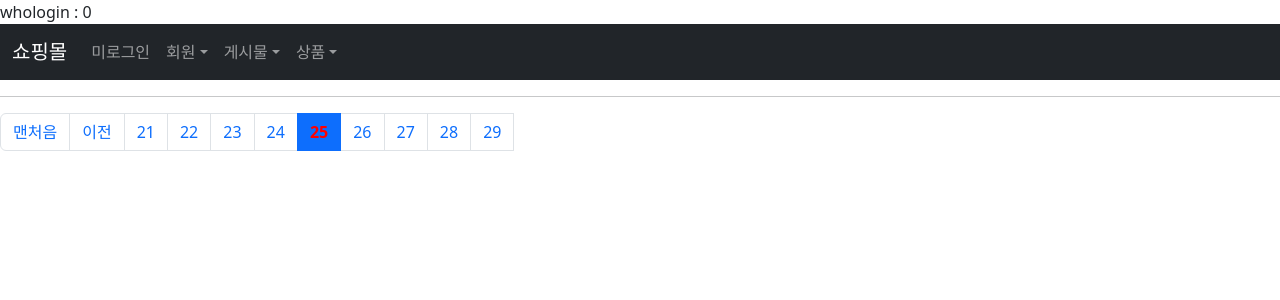
Repository: Sain-Clair/Team5
Page: http://localhost/Student/example/pageTest.jsp
These files come from the project's save history. The page is drawn as it stood at one moment and after the next save; the edit follows.
The browser window is 1280 px wide. The pictures show the whole page.
The page is served by Tomcat 9. Other server files are loaded and not shown.

Above is the page before, as saved 2023-09-06 03:00:51.

### Student/src/main/webapp/example/pageTest.jsp
<%@page import="com.shopping.utility.Paging"%>
<%@ page language="java" contentType="text/html; charset=UTF-8"
    pageEncoding="UTF-8"%>
<%@ include file="./../common/common.jsp"%>
<%@ include file="./../common/bootstrap5.jsp"%>
<%
	String _pageNumber = "25" ;
	String _pageSize = "10" ;
	int totalCount = 283 ;
	String url = "boList" ;
	String mode = "" ;
	String keyword = "" ;
	boolean isGrid = false ;

	Paging pageInfo = new Paging(_pageNumber, _pageSize, totalCount, url, mode, keyword, isGrid);

%>
<!DOCTYPE html>
<html>
<head>
<meta charset="UTF-8">
<title>Insert title here</title>
</head>
<body>
	<%-- <%=pageInfo.toString()%> --%>
	<hr/>
	<%=pageInfo.getPagingHtml()%>
</body>
</html>

<!--
totalCount=280, pageNumber=25, pageSize=10
pageCount=10

구해야 할 것
totalPage=28
beginRow=241
endRow=250
beginPage=21
endPage=28
-->

### Student/src/main/webapp/common/common.jsp
<%@page import="com.shopping.model.bean.Member"%>
<%@ page language="java" contentType="text/html; charset=UTF-8"
	pageEncoding="UTF-8"%>

<%
	// appName : 애플리케이션 이름(프로젝트 이름_Student)
	String appName = request.getContextPath();
	// in FrontController.java file
	String mappingName = "/Shopping";

	// form 태그에서 사용할 변수
	String withFormTag = appName + mappingName;

	// form 태그가 아닌 영역에서 사용할 변수 <a>
	String notWithFormTag = appName + mappingName +"?command=";

	/* out.print("프로젝트 이름 : " + appName + "<br/>") ;
	out.print("mappingName:" + mappingName +"<br/>");
	out.print("withFormTag:" + withFormTag +"<br/>");
	out.print("notWithFormTag:" + notWithFormTag +"<br/>"); */
%>

<%@page import="java.util.*"%>

<%-- jstl을 위한 태그 라이브러리 선언 --%>
<%@ taglib prefix="c" uri="http://java.sun.com/jsp/jstl/core" %>
<%@ taglib prefix="fn" uri="http://java.sun.com/jsp/jstl/functions" %>

<%-- include file="bootstrap5.jsp" --%>
<%
	// 이 코드들은 차후 삭제 예정
	/*Member mem = new Member() ;
	mem.setId("hong") ; // admin  hong
	mem.setName("홍길동") ; // 관리자  홍길동
	session.setAttribute("loginfo", mem);
	session.setAttribute("loginfo", null); // 미로그인

	// 경고성 Alert Box
	session.setAttribute("alertMessage", "아이디/비번 정보를 잘못 입력하셨습니다.");
	session.setAttribute("alertMessage", null);*/
%>

<!-- whologin 변수는 현재 로그인 상태를 알려 주는 변수입니다. -->
<!-- 미로그인(0) 일반 사용자(1) 관리자(2) -->
<c:set var="whologin" value="0"/>
<c:if test="${not empty sessionScope.loginfo}">
	<c:if test="${sessionScope.loginfo.id == 'admin'}">
		<c:set var="whologin" value="2"/>
	</c:if>
	<c:if test="${sessionScope.loginfo.id != 'admin'}">
		<c:set var="whologin" value="1"/>
	</c:if>
</c:if>
whologin : ${whologin}


<!DOCTYPE html>
<html>
<head>
	<meta charset="UTF-8">
	<title>Insert title here</title>
	<!-- 이 파일은 모든 문서에서 공용으로 참조할 파일입니다.  -->
	<!-- 자바 관련 변수 및 패키지 임포트, 네비게이션 바, jstl 등등 -->
	<!-- for sweet alert -->
	<script src="${pageContext.request.contextPath}/js/sweetalert.js"></script>
	<style>
		.alert-dismissible{margin: 10px;}
	</style>
</head>
<body>
	<nav class="navbar navbar-expand-sm bg-dark navbar-dark">
		<div class="container-fluid">
			<a class="navbar-brand" href="#">쇼핑몰</a>
			<button class="navbar-toggler" type="button"
				data-bs-toggle="collapse" data-bs-target="#collapsibleNavbar">
				<span class="navbar-toggler-icon"></span>
			</button>
			<div class="collapse navbar-collapse" id="collapsibleNavbar">
				<ul class="navbar-nav">
					<li class="nav-item">
						<c:if test="${whologin eq 0}">
							<a class="nav-link" href="#">미로그인</a>
						</c:if>
						<c:if test="${whologin ne 0}">
							<a class="nav-link" href="#">${sessionScope.loginfo.name}님</a>
						</c:if>
					</li>

					<!-- member section -->
					<li class="nav-item dropdown">
						<a class="nav-link dropdown-toggle" href="#" role="button"
							data-bs-toggle="dropdown">회원</a>
						<ul class="dropdown-menu">
							<c:if test="${whologin eq 0}"><!-- href 띄어쓰기 x -->
								<li><a class="dropdown-item" href="<%=notWithFormTag%>meInsert">회원 가입</a></li>
								<li><a class="dropdown-item" href="<%=notWithFormTag%>meLogin">로그인</a></li>
							</c:if>
							<c:if test="${whologin ne 0}">
								<li><a class="dropdown-item" href="#">정보 수정</a></li>
								<li><a class="dropdown-item" href="<%=notWithFormTag%>meLogout">로그아웃</a></li>
								<li><a class="dropdown-item" href="<%=notWithFormTag%>meDetail&id=${sessionScope.loginfo.id}">상세보기</a></li>
								<li><a class="dropdown-item" href="#">탈퇴하기</a></li>
							</c:if>
							<c:if test="${whologin eq 2}">
								<li><a class="dropdown-item" href="<%=notWithFormTag%>meList">목록 보기</a></li>
							</c:if>
						</ul>
					</li>

					<!-- board section -->
					<li class="nav-item dropdown">
						<a class="nav-link dropdown-toggle" href="#" role="button"
							data-bs-toggle="dropdown">게시물</a>
						<ul class="dropdown-menu">
							<c:if test="${whologin ne 0}">
								<li><a class="dropdown-item" href="<%=notWithFormTag%>boInsert">게시물 등록</a></li>
							</c:if>
							<li><a class="dropdown-item" href="<%=notWithFormTag%>boList">목록 보기</a></li>
						</ul>
					</li>
					<!-- product section -->
					<li class="nav-item dropdown">
						<a class="nav-link dropdown-toggle" href="#" role="button"
							data-bs-toggle="dropdown">상품</a>
						<ul class="dropdown-menu">
							<c:if test="${whologin eq 2}">
								<li><a class="dropdown-item" href="<%=notWithFormTag%>prInsert">상품 등록</a></li>
							</c:if>
							<li><a class="dropdown-item" href="<%=notWithFormTag%>prList">목록 보기</a></li>
						</ul>
					</li>

				</ul>
			</div>
		</div>
	</nav>

	<c:if test="${not empty sessionScope.alertMessage}">
		<%-- 사용자에게 주의/경고/오류 등을 알려 주기 위한 Alert Box --%>
		<div class="alert alert-danger alert-dismissible">
	    	<button type="button" class="btn-close" data-bs-dismiss="alert"></button>
	    	<strong>😂😒😂😒😂😒😂😒😂😒😂😒😂😒😂😒😂😒</strong> ${sessionScope.alertMessage}
	  	</div>
	</c:if>
	<%-- 보여준 Alert Box를 session 영역에서 제거합니다. --%>
	<c:remove var="alertMessage" scope="session"/>
</body>
</html>

### Student/src/main/webapp/common/bootstrap5.jsp
<%@ page language="java" contentType="text/html; charset=UTF-8"
    pageEncoding="UTF-8"%>
<!DOCTYPE html>
<html>
<head>
	<meta charset="UTF-8">
	<meta name="viewport" content="width=device-width, initial-scale=1">
	<title>Insert title here</title>
	<!-- 이 파일은 부트 스트랩5를 사용하기 위한 공용 파일입니다. -->
	<!-- 부트 스트랩이 제이 쿼리를 참조하므로 반드시 jquery.js 선언이 먼저 되어야 합니다. -->
	<script type="text/javascript" src="${pageContext.request.contextPath}/js/jquery.js"></script>
	<script type="text/javascript" src="${pageContext.request.contextPath}/js/bootstrap.min.js"></script>
	<link rel="stylesheet" href="${pageContext.request.contextPath}/css/bootstrap.min.css">

	<link rel="stylesheet" href="${pageContext.request.contextPath}/css/jquery-ui.css">
  	<script type="text/javascript" src="${pageContext.request.contextPath}/js/jquery-ui.js"></script>
</head>
<body>

</body>
</html>

### Student/src/main/java/com/shopping/utility/Paging.java
package com.shopping.utility;

public class Paging {
	// 페이징을 위한 클래스
	private int totalCount = 0; // 테이블에 들어 있는 총 행의 개수
	private int totalPage = 0; // 전체 페이지 수

	private int pageNumber = 0; // 현재 페이지 번호
	private int pageSize = 0; // 한 페이지에 보여줄 행의 개수
	private int beginRow = 0; // 현재 페이지에 보여지는 시작 랭킹 번호
	private int endRow = 0; // 현재 페이지에 보여지는 끝 랭킹 번호

	private int pageCount = 10; // 하단 중간에 보이는 페이지 링크 개수
	private int beginPage = 0; // 페이지 링크 시작 번호
	private int endPage = 0; // 페이지 링크 끝 번호

	private String url = ""; // 게시물 보여 주는 페이지(예시 : boList)
	private String pagingHtml = ""; // 하단의 이전/다음/숫자 목록 페이지 하이퍼 링크를 저장하고 있는 문자열
	private String pagingStatus = ""; // 상단 우측의 현재 페이지 현황(예시 : 총 295건[12/30])

	private String mode = ""; // 검색 모드(예시 : 작성자, 글제목 등등)
	private String keyword = ""; // 검색할 단어

	private String flowParameter = ""; // 페이지 이동시 같이 수반되는 파라미터 리스트

	public Paging(String _pageNumber, String _pageSize, int totalCount, String url, String mode, String keyword,
			boolean isGrid) {
		// _pageNumber가 널이거나 문자열 널값이 넘어오거나 빈 문자열이 넘어오면~ _pageNumber.equals("")
		if (_pageNumber == null || _pageNumber.equals("null") || _pageNumber.strip().isEmpty()) {
			_pageNumber = "1";
		}
		this.pageNumber = Integer.parseInt(_pageNumber);

		// isGrid=true이면 상품 목록 보기, false이면 일반 형식(회원, 게시물 목록 등등)
		if (_pageSize == null || _pageSize.equals("null") || _pageSize.equals("")) {
			if (isGrid) {
				_pageSize = "6"; // 2행 3열의 격자 구조
			} else {
				_pageSize = "10";
			}
		}
		this.pageSize = Integer.parseInt(_pageSize);

		this.totalCount = totalCount;
		this.url = url;
		this.mode = mode;
		this.keyword = keyword;

		double _totalPage = Math.ceil((double) totalCount / pageSize);
		totalPage = (int) _totalPage;

		beginRow = (pageNumber - 1) * pageSize + 1;
		endRow = pageNumber * pageSize;
		beginPage = (pageNumber - 1) / pageCount * pageCount + 1;
		if (endRow > totalCount) {
			endRow = totalCount;
		}

		endPage = beginPage + pageCount - 1;

		if (endPage > totalPage) {
			endPage = totalPage;
		}
		this.pagingStatus = "총 " + totalCount + "건[" + pageNumber + "/" + totalPage + "]";

		this.flowParameter = "";
		this.flowParameter += "&pageNumber=" + pageNumber;
		this.flowParameter += "&pageSize=" + pageSize;
		this.flowParameter += "&mode=" + mode;
		this.flowParameter += "&keyword=" + keyword;

		this.pagingHtml = this.getMakePagingHtml();
	}

	/*
	 * <ul class="pagination"> <li class="page-item"><a class="page-link"
	 * href="#">Previous</a></li> <li class="page-item"><a class="page-link"
	 * href="#">1</a></li> <li class="page-item"><a class="page-link"
	 * href="#">2</a></li> <li class="page-item"><a class="page-link"
	 * href="#">3</a></li> <li class="page-item"><a class="page-link"
	 * href="#">Next</a></li> </ul>
	 */

	private String getMakePagingHtml() {
		String html = "";

		html += "<ul class=\"pagination justify-cotent-center\">";
		if (pageNumber <= pageCount) {
			/* '맨 처음'과 '이전' 항목이 존재하지 않는 경우 */
		} else {
			html += makeLiTag("맨처음", 1);
			html += makeLiTag("이전", beginPage - 1);
		}

		for (int i = beginPage; i <= endPage; i++) {
			if (i == pageNumber) {
				// active 속성으로 활성화시키고, 빨간색으로 진하게 표현하기
				html += "<li class=\"page-item active\">";
				html += "<a class=\"page-link\" href=\"#\">";
				html += "<b><font color ='red'>" + i + "</font></b>";
				html += "</a></li>";
			} else {
				html += makeLiTag(String.valueOf(i), i);
			}

		}

		if (pageNumber >= (totalPage / pageCount * pageCount + 1)) {
			/* '맨 끝'과 '다음' 항목이 존재하지 않는 경우 */
		}else {
			html += makeLiTag("다음", endPage + 1);
			html += makeLiTag("맨 끝", totalPage);

		}


		html += "<ul>";

		return html;
	}

	private String makeLiTag(String caption, int currPageNumber) {
		// String caption: 보여지는 문자열(이전, 다음 등등)
		// currPageNumber: 이동할 페이지 번호
		String result = "";
		result += "<li class='page-item'>";
		result += "<a class='page-link' href='";
		result += this.url;
		result += "&pageNumber=" + currPageNumber;
		result += "&pageSize=" + this.pageSize;
		result += "&mode=" + this.mode;
		result += "&keyword=" + this.keyword;
		result += "'>";
		result += caption;
		result += "</a></li>";

		return result;
	}

	public int getTotalCount() {
		return totalCount;
	}

	public void setTotalCount(int totalCount) {
		this.totalCount = totalCount;
	}

	public int getTotalPage() {
		return totalPage;
	}

	public void setTotalPage(int totalPage) {
		this.totalPage = totalPage;
	}

	public int getPageNumber() {
		return pageNumber;
	}

	public void setPageNumber(int pageNumber) {
		this.pageNumber = pageNumber;
	}

	public int getPageSize() {
		return pageSize;
	}

	public void setPageSize(int pageSize) {
		this.pageSize = pageSize;
	}

	public int getBeginRow() {
		return beginRow;
	}

	public void setBeginRow(int beginRow) {
		this.beginRow = beginRow;
	}

	public int getEndRow() {
		return endRow;
	}

	public void setEndRow(int endRow) {
		this.endRow = endRow;
	}

	public int getPageCount() {
		return pageCount;
	}

	public void setPageCount(int pageCount) {
		this.pageCount = pageCount;
	}

	public int getBeginPage() {
		return beginPage;
	}

	public void setBeginPage(int beginPage) {
		this.beginPage = beginPage;
	}

	public int getEndPage() {
		return endPage;
	}

	public void setEndPage(int endPage) {
		this.endPage = endPage;
	}

	public String getUrl() {
		return url;
	}

	public void setUrl(String url) {
		this.url = url;
	}

	public String getPagingHtml() {
		return pagingHtml;
	}

	public void setPagingHtml(String pagingHtml) {
		this.pagingHtml = pagingHtml;
	}

	public String getPagingStatus() {
		return pagingStatus;
	}

	public void setPagingStatus(String pagingStatus) {
		this.pagingStatus = pagingStatus;
	}

	public String getMode() {
		return mode;
	}

	public void setMode(String mode) {
		this.mode = mode;
	}

	public String getKeyword() {
		return keyword;
	}

	public void setKeyword(String keyword) {
		this.keyword = keyword;
	}

	public String getFlowParameter() {
		return flowParameter;
	}

	public void setFlowParameter(String flowParameter) {
		this.flowParameter = flowParameter;
	}

	@Override
	public String toString() {
		return "Paging [totalCount=" + totalCount + ", totalPage=" + totalPage + ", pageNumber=" + pageNumber
				+ ", pageSize=" + pageSize + ", beginRow=" + beginRow + ", endRow=" + endRow + ", pageCount="
				+ pageCount + ", beginPage=" + beginPage + ", endPage=" + endPage + ", url=" + url + ", pagingHtml="
				+ pagingHtml + ", pagingStatus=" + pagingStatus + ", mode=" + mode + ", keyword=" + keyword
				+ ", flowParameter=" + flowParameter + "]";
	}

}

Loaded but not shown: Student/src/main/webapp/js/sweetalert.js (library); Student/src/main/webapp/js/jquery.js (library); Student/src/main/webapp/js/bootstrap.min.js (library); Student/src/main/webapp/css/bootstrap.min.css (library); Student/src/main/webapp/css/jquery-ui.css (library); Student/src/main/webapp/js/jquery-ui.js (library)

After the next save:
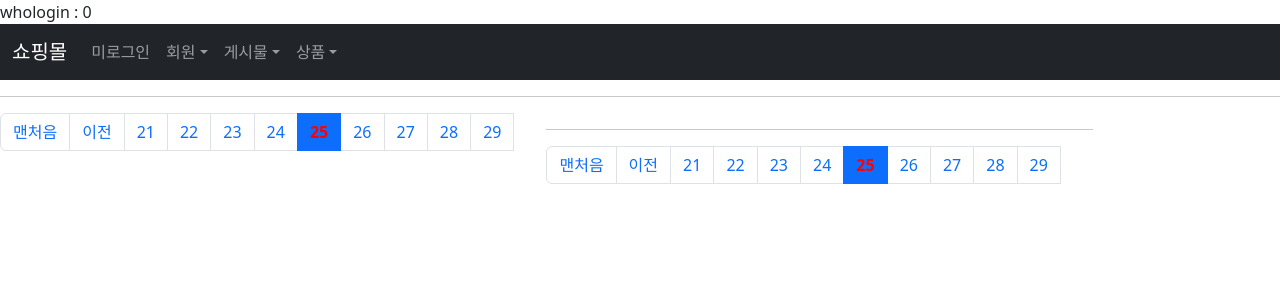
Saved 16 s later.
--- a/Student/src/main/webapp/example/pageTest.jsp
+++ b/Student/src/main/webapp/example/pageTest.jsp
@@ -25,6 +25,8 @@
 	<%-- <%=pageInfo.toString()%> --%>
 	<hr/>
 	<%=pageInfo.getPagingHtml()%>
+	<hr/>
+	<%=pageInfo.getPagingHtml()%>
 </body>
 </html>
 
